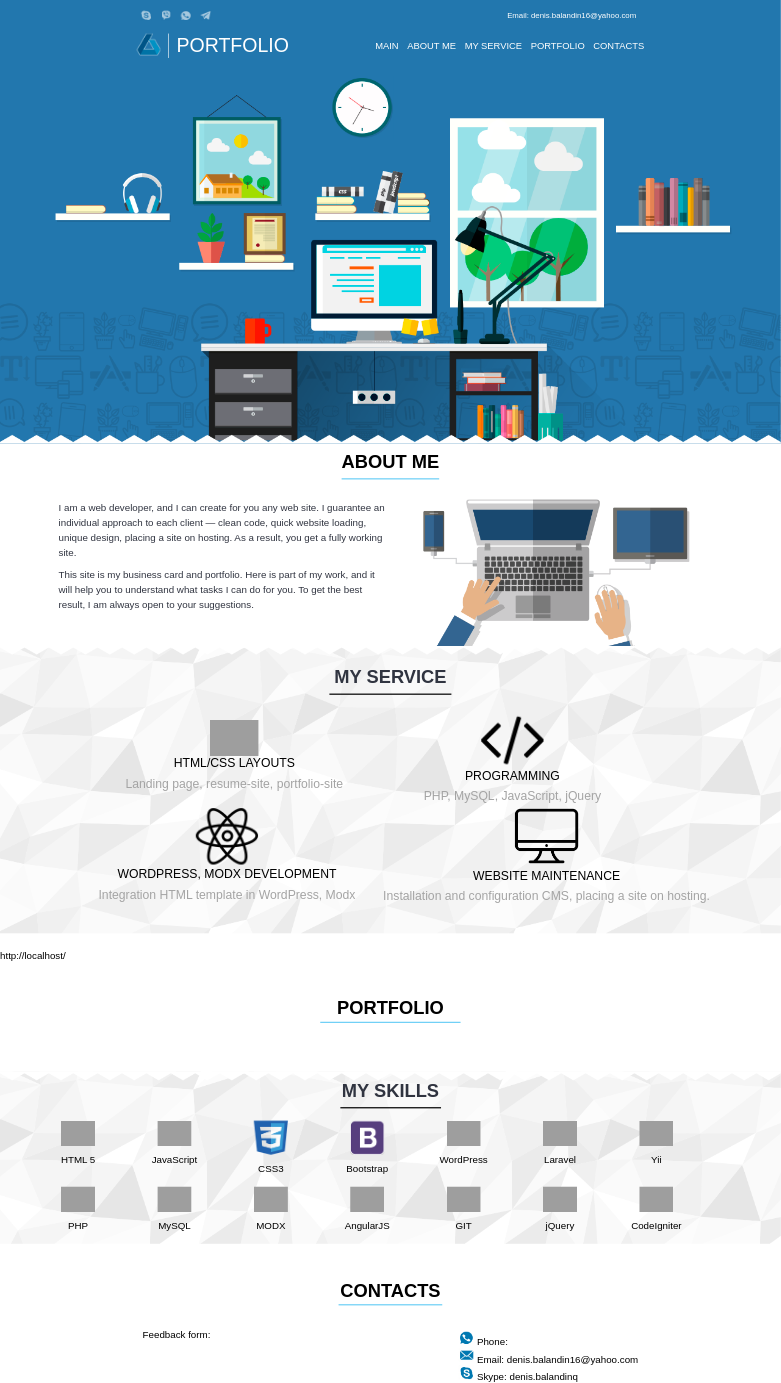
Repository: DenisBalandin/Portfolio
Page: /
The author's editor kept a copy of each file at every save. The page is drawn from the files as they stood at one save, then again after the next save.
The browser window is 1280 px wide. The pictures show the whole page, at 61% of full size.
Pictures or frames that could not be fetched are drawn as grey boxes. The page's requests for data from a server got no answer. The project was rebuilt for these pictures with package versions that can differ from the ones it lists, and the page was loaded fresh each time. No one was signed in, and anything a server would have sent is missing. Also part of the build but not shown: src/ItemPage.js.

Above is the page before, as saved 2020-03-07 12:53:17.

### src/App.js
import React from 'react';
import './style.scss';
import ItemPage from './ItemPage';
import Home from './Home';
import Header from './Header';


import {BrowserRouter as Router,Route, Link} from 'react-router-dom';

function App(){
  return (
    <Router>
      <Header/>
      <Route exact path="/pageitem" component={ItemPage} />

      <Route exact path="/pageitem/:itemid" component={ItemPage} />
      <Route exact path="/" component={Home} />
    </Router>
  );
}

export default App;

### src/style.scss
*{padding: 0; margin: 0;}
body{font-family: Arial; min-width: 500px; }
a{text-decoration: none; color: #FFFFFF; text-decoration: none;}
li{list-style: none;}

/* Heder */
#first_page_bg{
    width:100%;
    height: 70%;
    background: #2277ae;
    header{
        width: 65%;
        margin: 0 auto 0 auto;
        .up_menu_links{
            display: flex;
            justify-content: space-between;
           padding: 2% 0 0 0;
            .social_link{
                width: 30%;
                a{

                    img{
                        width: 7%;
                    }
                    margin: 0 3% 0 3%;
                }
            }
            .email_heder{
                 width: 30%;
                margin: 0 1.5% 0 0;
                a{
                    // display: flex;
                    .email_icon{
                        // width: 15%;
                        // width: 100%;
                        img{
                            width: 100%;
                            // position: absolute;
                            margin: 0 0 0 -2%;
                            // height: 100%;
                        }
                    }
                    div{
                        margin: 0.3% -2% 0 15%;
                        font-size: 1.0vw;
                    }
                }
            }
        }
        menu{
            margin:2% 0 5% 0;
            display: flex;
            justify-content: space-between;
            flex-wrap: wrap;
            width: 100%;
            .logo{
                width: 30%;
                display: flex;
                height: 100%;
                img{
                   width: 100%;
                //    height: 100%;
                //    margin: 5% 0 0% 0;
                }
                .company_name{
                    margin: auto;
                    margin: 0% 0 0 5%;
                    // height: 90%;
                    padding: 0 0 0 5%;
                    border-left: #FFFFFF 1px solid;
                    font-size: 2.5vw;
                    // height: 100%;
                    display: table;
                    a{
                        vertical-align: middle;
                    }
                }
            }
            .menu_heder{
                padding: 1.2% 0 0 0;
                width: 53%;
                display: flex;
                justify-content: space-between;
                div{
                    display: table;
                    a{
                        font-size: 1.2vw;
                        vertical-align: middle;

                    }
                    a:hover{
                        text-decoration: underline;
                    }
                }
            }
        }
    }
}
/*Heder end*/

/*Page*/
#first_page_bg_single{ width: 100%; height: 195px; background: #2277ae; padding:0px 0 0 0; overflow: hidden;}
.bg_page_insaide_page{width: 100%; background: url("img/pattop1.png") repeat-x; height: 230px; position: relative; z-index:5;}
.deltatop_page_page{width: 100%; background: url("img/deltatop.png") repeat-x; height: 14px; position: relative; z-index: 20; margin: -13px 0 0 0;}
#content_page{
    max-width: 1200px;
    margin: 30px auto 0px auto;
    display: flex;
    flex-wrap: wrap;
    flex-direction: row;
    justify-content: space-around;
}
.content_pageh1{
    font-size: 30px;
    text-transform: uppercase;
    text-align: center;
    font-weight: bold;
    position: relative;
    margin-bottom: 30px;
    color:#303440;
    text-decoration: underline;
    padding: 40px 0 10px 0;
}
#content_page img{
    width: 100%;
    height: auto;
}
/*Page end*/
.order_site{float: right; margin: 15px 0 0 20px; width: 178px; height: 30px; border: 1px solid #6ca6cd; text-align: center; color: #ffffff; padding: 10px 0 0 0; font-size: 14px; box-shadow: 9px 8px 4px -7px #2277ae; }
.order_site:hover{background: #0298cc; cursor: pointer;}
.company_name{
    color: #ffffff;
    font-size: 45px;
    margin: -10px 0 0 15px;
}
.company_name a{color: #FFFFFF;}
.company_name a:hover{color: #FFFFFF; text-decoration: none;}
.logo_border{
    width: 1px; height: 50px; background: #FFFFFF; margin: 0 10px 0 25px;
}
.content_description{
    max-width: 750px;
    height: 60px;
    float: left;
    font-size: 14px;
    color: #303440;
    margin: 0 0px 0 0;
}
.tools{ font-size: 15px; color: #303440; padding: 0 0 0 0px; }
.content_link{font-size: 15px; color: #303440; margin:0px 0 20px 0;}
.content_link a{color: #303440; text-decoration: underline;}
.content_link a:hover{text-decoration: none;}
.content_text{
    width: 80%;
    background: #fff;
    border: 1px solid #59759b;
    overflow: hidden;
    margin: 0 auto 0 auto;
}
.content_text img{
    width: 100%!important;
    height: 50%!important;
}
.web_line{ background:url("img/web_line.jpg")no-repeat;  display: inline-block; height: 69px; max-width: 1150px; margin: 0 0 -5px 0; border-right: 1px solid #59759b; border-left: 1px solid #59759b; border-top: 1px solid #59759b;}
.content_url{float: left; margin: 40px 0 0 160px;}
.content_url a{color: #585353;}
/*Links end*/
.flex-container {
    display: flex;
    flex-direction:  row-reverse;
}
/*Top Menu*/
.heder_menu{
    display: flex;
}
.top_menu{
    margin: 20px 0;
    display: flex;
    flex-direction:row;
}
/*Page bg*/
.page_bg{
    margin: -10px auto 0 auto;
}
.bg_page_insaide{width: 100%; background: url("img/pattop.png") repeat-x;  position: relative; z-index:5; background-position: bottom;
    display: flex;
    flex-direction: column;
}
.bg_page_insaide_single{width: 100%; margin: 15px 0 0 0; background: url("img/pattop.png") repeat-x; height: 130px; position: relative; z-index:5;}
.deltatop_page{width: 100%; background: url("img/deltatop.png") repeat-x; height: 14px; position: relative; z-index: 20; margin: -14px 0 0 0;}
/*Page bg end*/

/*About me*/
#about_me{
    width: 85%;
    margin:  1% auto 0% auto;
    h1{
        font-size: 30px;
        text-transform: uppercase;
        margin: 0 auto 2% auto;
        font-weight: bold;
        position: relative;
        border-bottom: 2px solid #6dcff6;
        width: 160px;
        padding: 0 0 10px 0;
    }
    .about_me_content{
    display: inline-block;
    height: 40%!important;

        p{
            box-sizing: border-box;
            font-size: 20px "Roboto";
            line-height: 25px;
            color: #303440; margin: 1% 0 1% 0;
        }
        img{
            // width: 30%;
            padding: 0 5% 0 5%;
            margin: 0 0 0% 0;

        }
    }
}
/*About me end*/

/*My Service*/
#my_service_bg{
    height: 100%;
    background: url("img/bgdelta.png") repeat-x;
    h3{
        font-size: 30px;
        text-transform: uppercase;
        font-weight: bold;
        color: #303440;
        width: 200px;
        text-align: center;
        margin: 20px auto 20px auto;
        border-bottom: 2px #000000 solid;
        padding: 0 0 10px 0;
    }
    .my_service_line_top{
        width: 100%;
        height: 14px;
        background: url("img/deltabottom.png") repeat-x;
    }
    .my_service_line_bottom{
        width: 100%;
        height: 14px;
        background: url("img/deltatop.png") repeat-x;
    }
    #my_service{
        width: 90%;
        margin: 0px auto 5% auto;
        display: flex;
        flex-wrap: wrap;
        justify-content: center;
        div{
            display: flex;
            flex-direction:column;
            flex-wrap: wrap;
            justify-content: center;
            text-align: center;
            img{
                width: 20%;
                margin:  0 auto 0 auto;
            }
            .text_1{
                text-align: center;
                // padding: 0 25px 0 25px;
                font-size: 20px;
            }
            .text_2{
                text-align: center;
                // padding: 0 25px 0 25px;
                color:#a4a4a4;
                font-size: 20px;
                // width: 300px;
            }
        }
    }
}


/*My service end*/

/*Portfolio*/
#portfolio{
    max-width: 1200px;
    margin: 0 auto 40px auto;
    display: flex;
    flex-direction:row;
    flex-wrap: wrap;
    justify-content: center;
}
.portfolioh3{
    font-size: 30px;
    text-transform: uppercase;
    text-align: center;
    font-weight: bold;
    position: relative;
    border-bottom: 2px solid #6dcff6;
    width: 230px;
    margin: 60px auto 40px auto;
    padding: 0 0 5px 0;
}
#portfolio .portfolioblock{
    border: 1px solid #bfd2e1;
    width: 368px;
    margin: 10px;
    box-shadow: 5px 5px 4px -5px #000000;
}
#portfolio div img{
    margin: -12px 0 0px 0;
    display: inline-block;
}
.p_name{
    background:#2d7eb2;
    text-align: center;
    height: 40px;
    opacity: 0.8;
    padding: 2px 20px;
    margin: 0 auto 0 auto;
}
.p_name a{
    font-size: 20px;
    color: #ffffff;
}
.p_name:hover{
    text-decoration: none;
}
/*Portfolio end*/

/*Content blog*/
#content_blog{ max-width: 1200px;  margin: 0 auto 40px auto; min-height: 300px;}
/*Content blog end*/



/*I used*/
#my_skils_bg{
    width: 100%;
    height: 100%;
    background: url("img/bgdelta.png") repeat-x;
    margin: 0 0 40px 0;
}
.my_skils_line_top{
    width: 100%;
    height: 14px;
    background: url("img/deltabottom.png") repeat-x;
}
.my_skils_line_bottom{
    width: 100%;
    height: 14px;
    background: url("img/deltatop.png") repeat-x;
}
#my_skils{
    max-width: 1200px;
    margin: 10px auto 0px auto;
    display: flex;
    flex-direction:row;
    flex-wrap: wrap;
}
#my_skils div img{}
.my_skillsh3{
    font-size: 30px;
    text-transform: uppercase;
    font-weight: bold;
    color: #303440;
    width: 165px;
    text-align: center;
    margin: 0 auto 20px auto;
    border-bottom: 2px #000000 solid;
    padding: 0 0 10px 0;
}
#my_skils div{ width: 140px; text-align: center; margin: 0 0 20px 18px;}
#my_skils div img{margin: 0 0 10px 0; width:40%;}
.about_me_img{}
.text_1{ text-align: center;}
.text_2{ text-align: center; margin: 10px 0 0 0; color:#a4a4a4; font-size: 13px;}
/*I used end*/

/*Portfolio*/
.contactsh3{
    font-size: 30px;
    text-transform: uppercase;
    text-align: center;
    font-weight: bold;
    position: relative;
    border-bottom: 2px solid #6dcff6;
    width: 170px;
    margin: 60px auto 40px auto;
    padding: 0 0 5px 0;
}
#contacts{
    max-width: 1200px;
    margin: 0 auto 0px auto;
    display: flex;
    flex-direction:row;
    flex-wrap: wrap;
    justify-content: space-around;
}
.formcont{ margin: 0 20px 0 0;}
.formcont input{border: 1px solid #dddddd; margin: 10px 0 10px 0; width: 250px; height: 30px; color: #666666; padding: 0 0 0 10px;}
.formcont textarea{border: 1px solid #dddddd; margin: 10px 0 10px 0; width: 410px; height: 70px; color: #666666; padding: 15px 0 0 10px;}
.formcont button{ background:#0298cc; height: 40px; width: 180px; color: #ffffff; font-size: 18px; border: 1px solid #6ca6cd; cursor: pointer;}
.formcont button:hover{ background:#2277ae;}
/*Portfolio end*/

/*Footer*/
#footer_bg{background: #2277ae; width: 100%; height: 100px; margin: 50px 0 0 0; }
#footer{max-width: 1200px;  margin: 10px auto 0px auto; height: 50px;}
.copyright{ color: #ffffff; margin: 25px 0 0 10px;}
.footermenu{ margin: 25px 0 0 0;}
.footermenu li{float: left; font-size: 14px; margin: 0 10px 0 10px; color: #ffffff; border-bottom: 1px solid #ffffff;}
.footermenu li:hover{border-bottom: 1px solid #2277ae;}
/*footer end*/


@media all and (max-width: 900px) {
    menu{
        display: block!important;
        .logo{
            width: 60%;
           margin: 2% auto 2% auto;
        }
        .menu_heder{
            width: 90%!important;
            margin: 2% auto 4% auto;
            a{
                font-size: 2vw!important;
            }

        }
    }
    .social_link{
        display: none
    }
    .email_heder{
        display: none
    }
    #my_service div img {
        width: 0%;
    }

    #about_me p img {
        width: 0%;
    }

    #my_skils div img {
        width: 0% !important;
    }

    #my_skils{
        justify-content: space-around!important;
    }
    #my_skils div{
        margin: 0 !important;
    }
    .top_menu{
        display: none!important;
    }
    .menu{
        margin: 10px 0 40px 0!important;
        justify-content: space-around !important;
    }
    #about_me p{
        padding: 0 30px 0 30px!important;
    }
}

### src/Home.js
import React,{Component} from 'react';
import AboutMe from './AboutMe';
import MyService from './MyService';
import MySkills from './MySkills';
import Contacts from './Contacts';
import Portfolio from './Portfolio';
import {BrowserRouter as Router,Route, Link} from 'react-router-dom';


class Home extends Component{
    render(){
        return(
            <div>
                <Router>
                    <AboutMe/>
                    <MyService/>
                    <Portfolio/>
                    <MySkills/>
                    <Contacts/>
                </Router>
            </div>
        );
    }
}
export default Home;

### src/AboutMe.js
import React from 'react';
import aboutme from './img/aboutme.png';

function AboutMe(){
    return(
        <div id="about_me">
            <h1>ABOUT ME</h1>
            <div className="about_me_content">
                <p>
                    <img className="about_me_img" align="right" src={aboutme} width="40%"/>
                    I am a web developer, and I can create for you any web site. I guarantee an individual approach to each client — clean code, quick website loading, unique design, placing a site on hosting. As a result, you get a fully working site.
                </p>
                <p>
                    This site is my business card and portfolio. Here is part of my work, and it will help you to understand what tasks I can do for you. To get the best result, I am always open to your suggestions.
                </p>
            </div>
        </div>
    );
}
export default AboutMe;

### src/MyService.js
import React from 'react';
import html_icon from './img/html_icon.png';
import code_icon from './img/code_icon.png';
import react from './img/react_icon.png';
import display_icoon from './img/display_icoon.png';

function MyService(){
    return(
        <div id="my_service_bg">
          <div className="my_service_line_top"></div>
          <h3>MY SERVICE</h3>
          <div id="my_service">
              <div>
                <img src={html_icon} />
                <div className="text_1">HTML/CSS LAYOUTS</div>
                <div className="text_2">Landing page, resume-site, portfolio-site</div>
              </div>
              <div>
                <img  src={code_icon} />
                <div className="text_1">PROGRAMMING</div>
                <div className="text_2">PHP, MySQL, JavaScript, jQuery</div>
              </div>
              <div>
                <img src={react}/>
                <div className="text_1">WORDPRESS, MODX DEVELOPMENT</div>
                <div className="text_2">Integration HTML template in WordPress, Modx</div>
              </div>
              <div>
                <img src={display_icoon}/>
                <div className="text_1">WEBSITE MAINTENANCE</div>
                <div className="text_2">Installation and configuration CMS, placing a site on hosting.</div>
              </div>
          </div>
          <div className="my_service_line_bottom"></div>
      </div>
    );
}
export default MyService;

### src/MySkills.js
import React from 'react';
import css3 from './img/css3.png';
import bootstrap from './img/bootstrap.png';

function MySkills(){
    return(
        <div id="my_skils_bg">
            <div className="my_skils_line_top"></div>
            <h3 className="my_skillsh3">My Skills</h3>
            <div id="my_skils">
                <div>
                    <img src="<?php bloginfo('template_directory'); ?>/img/html5.png" />
                    <p>HTML 5</p>
                </div>
                <div>
                    <img src="<?php bloginfo('template_directory'); ?>/img/js.png"/>
                    <p>JavaScript</p>
                </div>
                <div><img src={css3}/> <p>CSS3</p></div>
                <div><img src={bootstrap}/><p>Bootstrap</p></div>
                <div><img src="<?php bloginfo('template_directory'); ?>/img/wordpress.png"/><p>WordPress</p></div>
                <div><img src="<?php bloginfo('template_directory'); ?>/img/laravel.png"/><p>Laravel</p></div>
                <div><img src="<?php bloginfo('template_directory'); ?>/img/yii.png"/><p>Yii</p></div>
                <div><img src="<?php bloginfo('template_directory'); ?>/img/php.png"/><p>PHP</p></div>
                <div><img src="<?php bloginfo('template_directory'); ?>/img/mysql.png"/><p>MySQL</p></div>
                <div><img src="<?php bloginfo('template_directory'); ?>/img/modx.png"/><p>MODX</p></div>
                <div><img src="<?php bloginfo('template_directory'); ?>/img/angular.png"/><p>AngularJS</p></div>
                <div><img src="<?php bloginfo('template_directory'); ?>/img/git.png"/><p>GIT</p></div>
                <div><img src="<?php bloginfo('template_directory'); ?>/img/jquery.png"/><p>jQuery</p></div>
                <div><img src="<?php bloginfo('template_directory'); ?>/img/codeigniter.png"/><p>CodeIgniter</p></div>
            </div>
            <div className="my_service_line_bottom"></div>
        </div>
    );
}
export default MySkills;

### src/Contacts.js
import React from 'react';
import skype_cont from './img/skype_cont.jpg';
import mail_cont from './img/mail_cont.jpg';
import phone_cont from './img/phone_cont.png';

function Contacts(){
    return(
        <>
            <h3 className="contactsh3">CONTACTS</h3>
            <div id="contacts">
                <div className="formcont">
                    <p>Feedback form:</p>

                </div>
                <div className="contacts">
                    <div>
                    <img src={phone_cont}/> <span>Phone:</span>
                    </div>
                    <div>
                    <img src={mail_cont}/> <span>Email: denis.balandin16@yahoo.com  </span>
                    </div>
                    <div>
                    <img src={skype_cont}/> <span>Skype: denis.balandinq </span>
                    </div>
                </div>
            </div>
        </>
    );
}
export default Contacts;

### src/Portfolio.js
import React,{Component} from 'react';
import portfolioicon from './img/portfolioicon.jpg';
import { db } from "./firebase";
import ReactHtmlParser, { processNodes, convertNodeToElement, htmlparser2 } from 'react-html-parser';
import {BrowserRouter as Router,Route, Link} from 'react-router-dom';

class Portfolio extends Component{
    constructor(props){
        super(props);
        this.state = {
            pages:[]
        }
    }
    componentDidMount(){
        this.getFetch();
    }
    getFetch = () => {
        // db.collection("messages")
        // .get()
        // .then(querySnapshot => {
        //     let fullArray = [];
        //     const data = querySnapshot.docs.map(doc => doc.data());
        //     for(var int = 0; int < data.length; int++){
        //         fullArray[int] = {
        //             name: data[int].name,
        //             date:data[int].date,
        //             check:data[int].check,
        //             id: querySnapshot.docs[int].id,
        //         }
        //     }
        //     this.setState({ users: fullArray });
        // });
        fetch('http://testwoo/wp-json/wp/v2/posts')
        .then(response => response.json())
        .then(
            result => this.setState({
                pages:result
            })
        );
    }

    render(){
       return(
           <>
           {window.location.href}
            {/* <Route exact path="/"  component={Home}/> */}
            <h3 className="portfolioh3">PORTFOLIO</h3>
            <div id="portfolio">
                {this.state.pages.map((page, index)=>
                    <div className="portfolioblock">
                        {/* <Link to={`/pageitem/${page.id}`}>
                            <img src={portfolioicon}  width="368"/>
                            { ReactHtmlParser(page.excerpt.rendered)}
                        </Link>
                        <div className="p_name">
                            <a href="/pexuniverse/">{page.title.rendered}</a>
                        </div> */}
                    </div>
                )}


            </div>
        </>
       );
   }
}
export default Portfolio;

### src/firebase.js
import firebase from 'firebase';

const firebaseApp = firebase.initializeApp({
    apiKey: "AIzaSyBH21wpMVzXC2kYGnD8x1tI6ru-zdWNAqs",
    authDomain: "test-4ba23.firebaseapp.com",
    databaseURL: "https://test-4ba23.firebaseio.com",
    projectId: "test-4ba23",
    storageBucket: "test-4ba23.appspot.com",
    messagingSenderId: "597606478464",
    appId: "1:597606478464:web:6e48455407186638df2c65",
    measurementId: "G-NDR2C185V9"
});

const db = firebaseApp.firestore();

export {db};

Loaded but not shown: public/index.html (common file); src/index.js (common file); src/index.css (common file); src/serviceWorker.js (common file); src/Header.js (72 lines, source omitted)

After the next save:
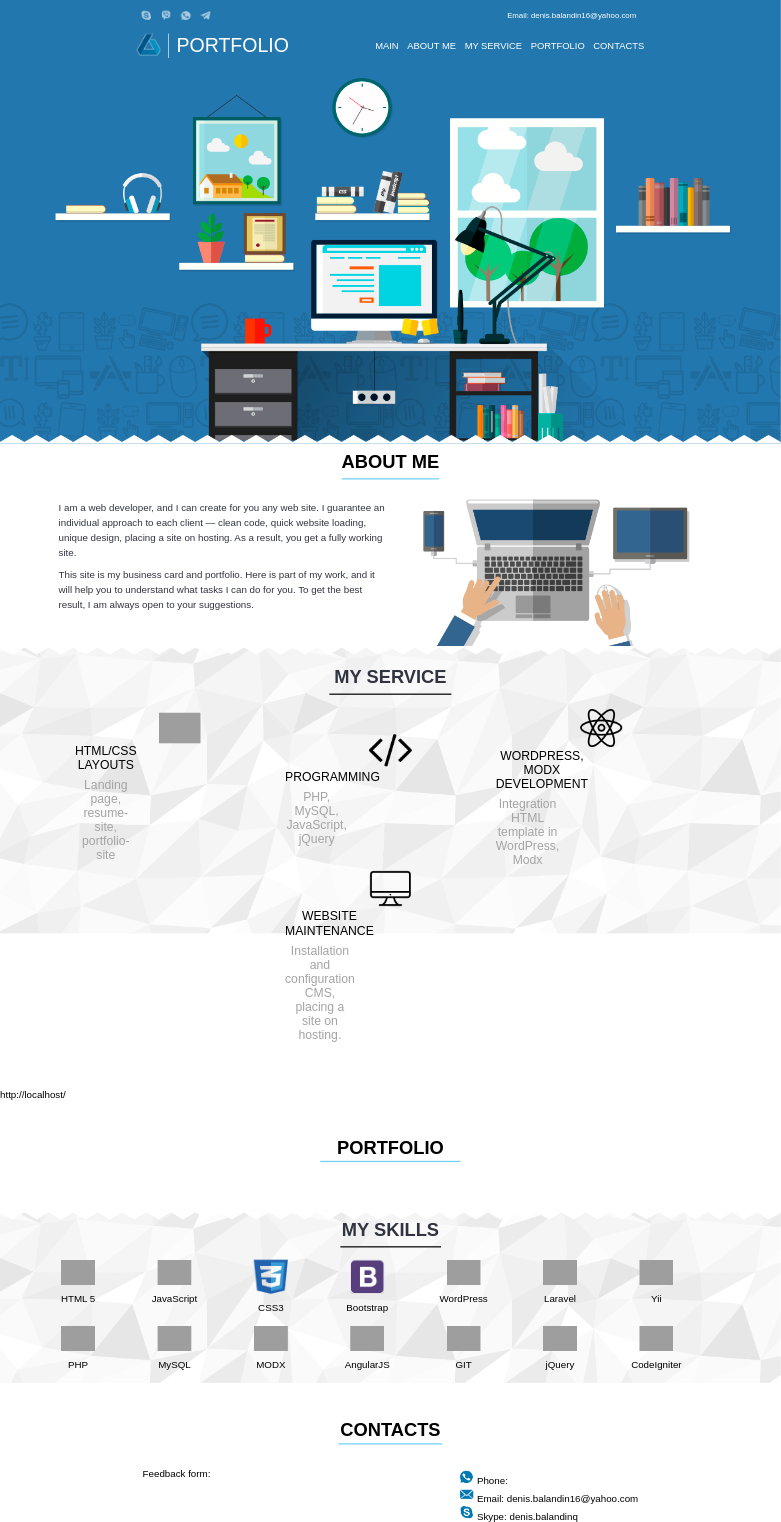
Saved 22 s later.
--- a/src/style.scss
+++ b/src/style.scss
@@ -260,7 +260,7 @@
             flex-direction:column;
             flex-wrap: wrap;
             justify-content: center;
-            text-align: center;
+            width: 30%;
             img{
                 width: 20%;
                 margin:  0 auto 0 auto;
